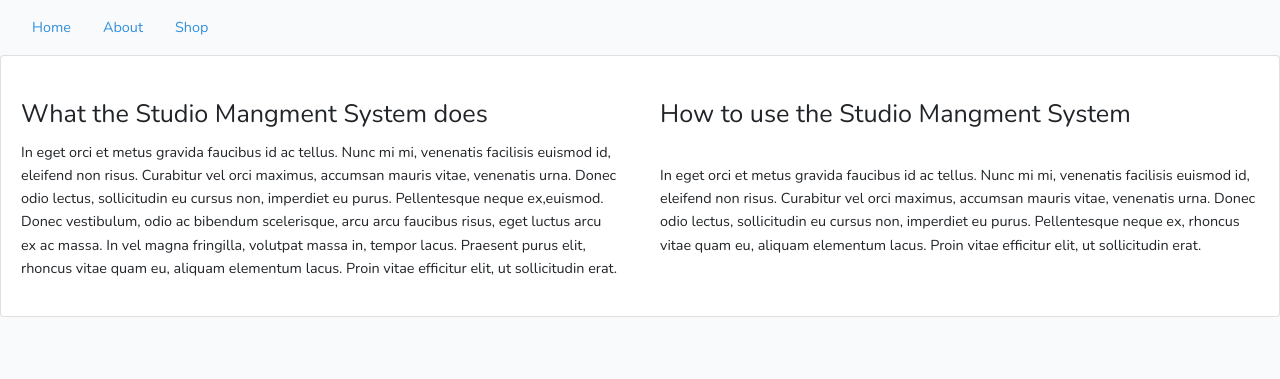
Repository: littae2/simplicite
Page: http://localhost/shop
The author's editor kept a copy of each file at every save. The page is drawn from the files as they stood at one save, then again after the next save.
The browser window is 1280 px wide. The pictures show the whole page.
Some web libraries are served in a nearby version. The page is served by the project's Laravel application, run on PHP 8.4 with Laravel 8.

Above is the page before, as saved 2021-08-13 14:39:29.

After the next save:
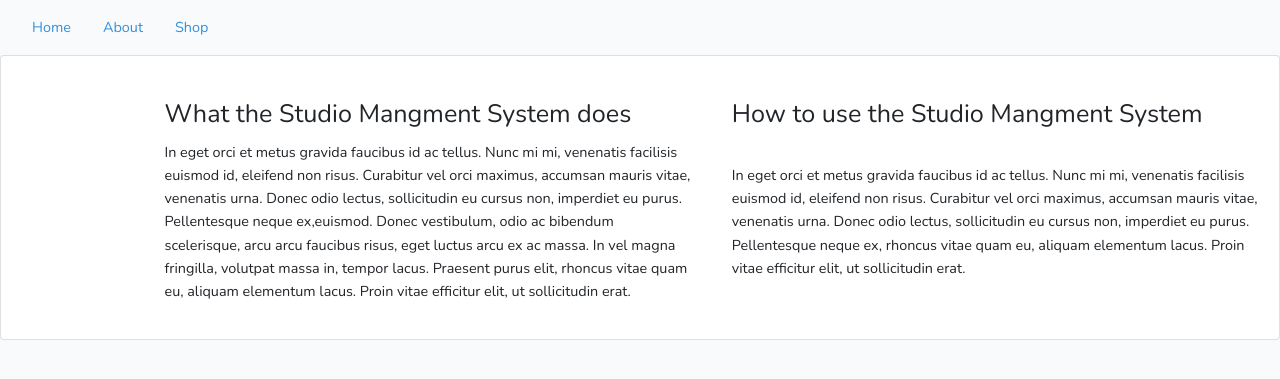
Saved 39 s later.
--- a/Project/public/css/simplicite.css
+++ b/Project/public/css/simplicite.css
@@ -1,7 +1,6 @@
 .headerImg {
     width: -moz-available;
-    position: absolute;
-    -webkit-clip-path: inset(30px 10px 30px 10px);
+
   clip-path: inset(30px 10px 30px 10px);
     background-position-y: 80%;
     display: flex;
